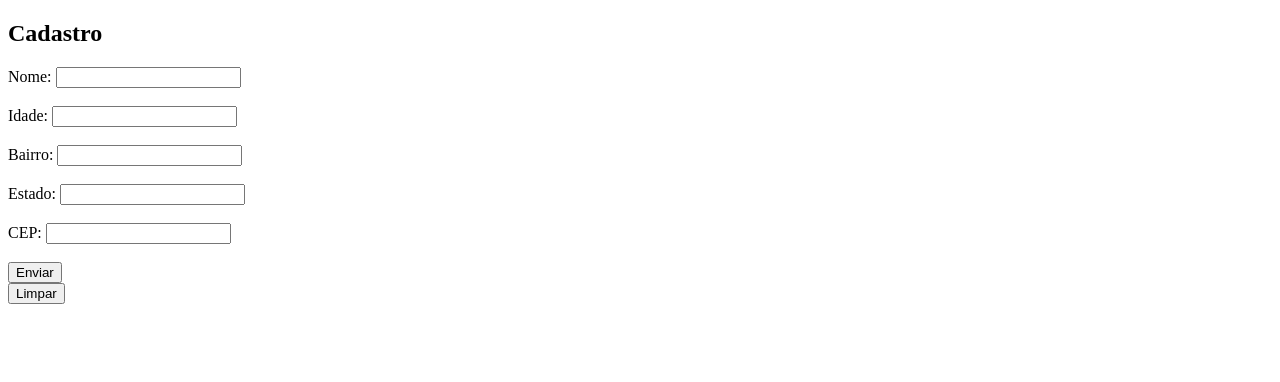
Repository: AugustoZx/cliente-servidor
Page: http://localhost/exemploAula5/Cadastro.jsp
The author's editor kept a copy of each file at every save. The page is drawn from the files as they stood at one save, then again after the next save.
The browser window is 1280 px wide. The pictures show the whole page.
The page is served by Tomcat 9.

Above is the page before, as saved 2023-09-06 12:28:50.

### Cliente-servidor/Aula03/exemploAula5/src/main/webapp/Cadastro.jsp
<%@ page language="java" contentType="text/html; charset=UTF-8"
    pageEncoding="UTF-8"%>
<!DOCTYPE html>
<html>
<head>
<meta charset="UTF-8">
<title>CADASTRO</title>
</head>
<body>
	<h2>Cadastro</h2>
	<form action="lista.jsp">
		<label>Nome:</label>
		<input type="text" name="nome" id="nome"> <br> <br>
		<label>Idade:</label>
		<input type="text" name="idade" id="idade"> <br> <br>
		<label>Bairro:</label>
		<input type="text" name="bairro" id="bairro"> <br> <br>
		<label>Estado:</label>
		<input type="text" name="estado" id="estado"> <br> <br>
		<label>CEP:</label>
		<input type="text" name="cep" id="cep"> <br> <br>
		<input type="submit" value="Enviar"> <br> <input type="reset" value="Limpar">

	</form>
</body>
</html>

After the next save:
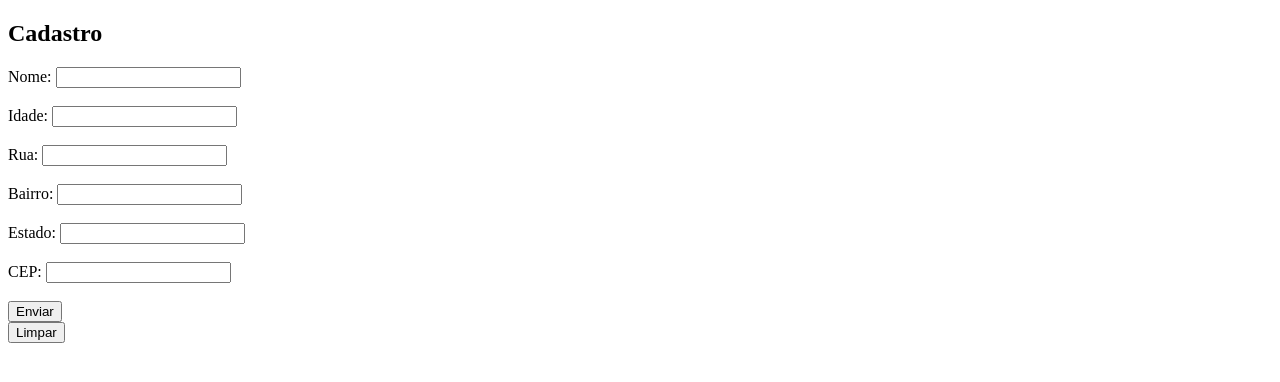
Saved 15 s later.
--- a/Cliente-servidor/Aula03/exemploAula5/src/main/webapp/Cadastro.jsp
+++ b/Cliente-servidor/Aula03/exemploAula5/src/main/webapp/Cadastro.jsp
@@ -13,6 +13,8 @@
 		<input type="text" name="nome" id="nome"> <br> <br>
 		<label>Idade:</label>
 		<input type="text" name="idade" id="idade"> <br> <br>
+		<label>Rua:</label>
+		<input type="text" name="rua" id="rua"> <br> <br>
 		<label>Bairro:</label>
 		<input type="text" name="bairro" id="bairro"> <br> <br>
 		<label>Estado:</label>
